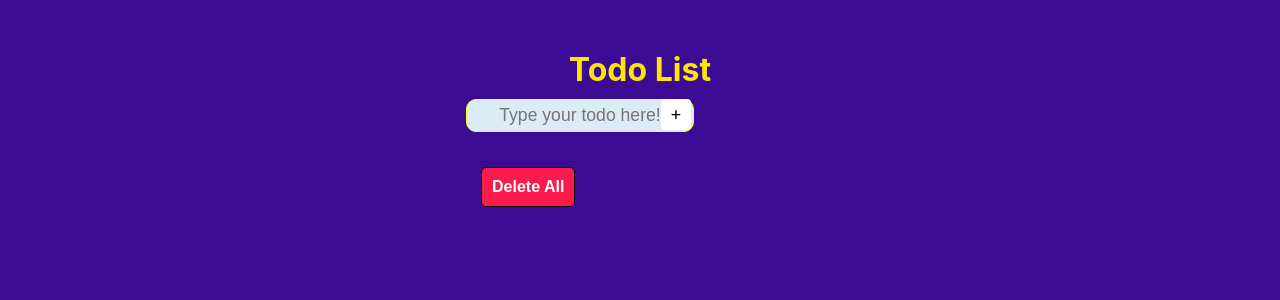
Repository: badhon252/todo-app
Page: /
These files come from the project's save history. The page is drawn as it stood at one moment and after the next save; the edit follows.
The browser window is 1280 px wide. The pictures show the whole page.
The project was rebuilt for these pictures with package versions that can differ from the ones it lists, and the page was loaded fresh each time.

Above is the page before, as saved 2022-01-26 22:08:20.

### public/index.html
<!DOCTYPE html>
<html lang="en">

<head>
  <meta charset="utf-8" />
  <link rel="icon" href="%PUBLIC_URL%/favicon.ico" />
  <meta name="viewport" content="width=device-width, initial-scale=1" />
  <meta name="theme-color" content="#000000" />
  <meta name="description" content="Web site created using create-react-app" />
  <link rel="apple-touch-icon" href="%PUBLIC_URL%/logo192.png" />

  <link rel="manifest" href="%PUBLIC_URL%/manifest.json" />

  <link rel="stylesheet" href="https://cdnjs.cloudflare.com/ajax/libs/font-awesome/5.15.4/css/all.min.css"
    integrity="sha512-1ycn6IcaQQ40/MKBW2W4Rhis/DbILU74C1vSrLJxCq57o941Ym01SwNsOMqvEBFlcgUa6xLiPY/NS5R+E6ztJQ=="
    crossorigin="anonymous" referrerpolicy="no-referrer" />
  <title>React App</title>
</head>

<body>
  <noscript>You need to enable JavaScript to run this app.</noscript>
  <div id="root"></div>
  <!--
      This HTML file is a template.
      If you open it directly in the browser, you will see an empty page.

      You can add webfonts, meta tags, or analytics to this file.
      The build step will place the bundled scripts into the <body> tag.

      To begin the development, run `npm start` or `yarn start`.
      To create a production bundle, use `npm run build` or `yarn build`.
    -->
</body>

</html>

### src/App.js
import Todo from "./components/Todo";

function App() {
  return (
    <div className="App">
      <Todo />
    </div>
  );
}

export default App;

### src/components/Todo.js
import React, { useState, useEffect } from "react";
import { FontAwesomeIcon } from "@fortawesome/react-fontawesome";
import { faPlus, faTrash, faEdit } from "@fortawesome/free-solid-svg-icons";
import "../Styles/style.css";

const getLocalData = () => {
  const lists = localStorage.getItem("myTodoLists");

  if (lists) {
    return JSON.parse(lists);
  } else {
    return [];
  }
};

const Todo = () => {
  const [inputItems, setInputItems] = useState("");
  const [todo, setTodo] = useState(getLocalData());
  const [isEditItem, setIsEditItem] = useState("");
  const [toggleButton, setToggleButton] = useState(false);
  //   Adding Items ============
  const addItems = () => {
    if (!inputItems) {
      alert("Your input field is blank!!");
    } else if (inputItems && toggleButton) {
      setTodo(
        todo.map((curElem) => {
          if (curElem.id === isEditItem) {
            return { ...curElem, name: inputItems };
          }
          return curElem;
        })
      );
      setInputItems("");
      setIsEditItem(null);
      setToggleButton(false);
    } else {
      const myNewInput = {
        id: new Date().getTime().toString(),
        name: inputItems,
      };
      setTodo((e) => [...todo, myNewInput]);
      setInputItems("");
    }
  };

  //   edit items =======
  const editItem = (index) => {
    const itemTodoEdited = todo.find((curElem) => {
      return curElem.id === index;
    });
    setInputItems(itemTodoEdited.name);
    setIsEditItem(index);
    setToggleButton(true);
  };

  //   Deleting items ==========

  const handleDelete = (index) => {
    const updateItems = todo.filter((current) => {
      return current.id !== index;
    });
    setTodo(updateItems);
  };

  useEffect(() => {
    localStorage.setItem("myTodoLists", JSON.stringify(todo));
  }, [todo]);

  return (
    <div className="main-div">
      <h1>Todo List</h1>
      <div className="inputs">
        <input
          type="text"
          name=""
          id="input-box"
          placeholder="Type your todo here!"
          value={inputItems}
          onChange={(e) => setInputItems(e.target.value)}
        />
        {toggleButton ? (
          <FontAwesomeIcon
            icon={faEdit}
            className="add-btn"
            onClick={addItems}
          />
        ) : (
          <FontAwesomeIcon
            icon={faPlus}
            className="add-btn"
            onClick={addItems}
          />
        )}

        {/* <button type="submit" className="add-btn" onClick={addItems}>
          Add
        </button> */}
      </div>
      {/* showing items =============== */}
      <div className="show-items">
        {todo.map((currentItems) => {
          return (
            <div key={currentItems.id}>
              <li className="todo-item">
                {currentItems.name}
                <FontAwesomeIcon
                  icon={faEdit}
                  className="icon edit"
                  onClick={() => editItem(currentItems.id)}
                />
                <FontAwesomeIcon
                  icon={faTrash}
                  className="icon delete"
                  onClick={() => handleDelete(currentItems.id)}
                />
              </li>
            </div>
          );
        })}
        <input
          type="button"
          value="Delete All"
          className="delete-all"
          onClick={() => setTodo([])}
        />
      </div>
    </div>
  );
};

export default Todo;

### src/Styles/style.css
* {
  margin: 0;
  padding: 0;
  background-color: #3b0b94;
}

.main-div {
  padding-top: 50px;
  margin: auto;
  /* text-align: center; */
  width: 23rem;
}
h1 {
  color: #ffe600;
  text-align: center;
}
#input-box {
  color: #000000;
  padding: 5px 0;
  font-size: 1.1rem;
  border: 1px solid yellow;
  background-color: #dcecf7;
  border-radius: 10px;
  text-align: center;
}
.inputs {
  margin: 10px;
}

.add-btn {
  padding: 10px;
  background-color: rgb(255, 255, 255);
  color: rgb(0, 0, 0);
  /* border: 1px solid rgb(0, 0, 0); */
  font-weight: bolder;
  font-size: 0.7rem;
  border-radius: 4px;
  cursor: pointer;
  margin: 0 0 -8px -33px;
}

.icon {
  margin: 0 10px;
  border-radius: 5px;
  cursor: pointer;
  /* background-color: rgb(0, 255, 34); */
  /* color: rgb(0, 0, 0); */
  /* border: 1px solid black; */
  /* font-weight: 700; */
}
.todo-item {
  /* background-color: #5b0080; */
  padding: 5px;
  color: white;
  font-size: 20px;
  font-weight: 700;
}

.edit .delete:hover {
  color: red;
}
.edit:hover {
  color: rgb(0, 255, 0);
}

.delete-all {
  background-color: rgb(252, 27, 76);
  color: rgb(255, 255, 255);
  font-weight: 600;
  border: 1px solid black;
  border-radius: 5px;
  font-size: 1rem;
  padding: 10px;
  margin: 25px;
  cursor: pointer;
}
li {
  background-color: #2b007c;
  margin: 2px;
}

Loaded but not shown: src/index.js (common file); src/index.css (common file); src/reportWebVitals.js (common file)

After the next save:
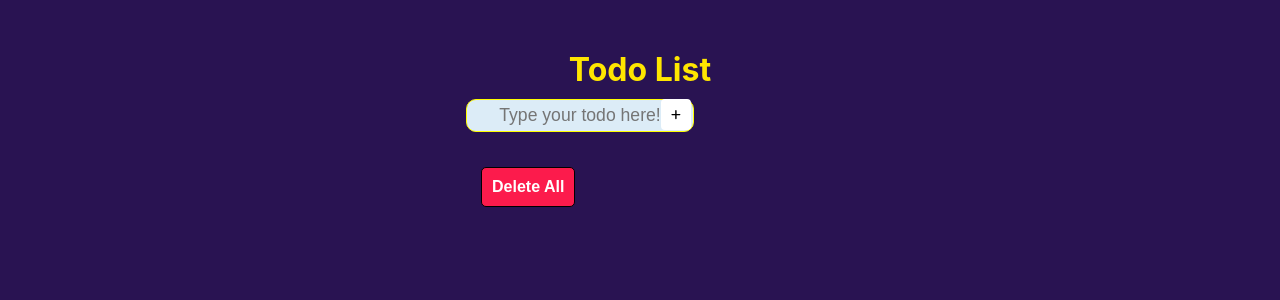
Saved 26 s later.
--- a/src/Styles/style.css
+++ b/src/Styles/style.css
@@ -1,7 +1,7 @@
 * {
   margin: 0;
   padding: 0;
-  background-color: #3b0b94;
+  background-color: #291352;
 }
 
 .main-div {
